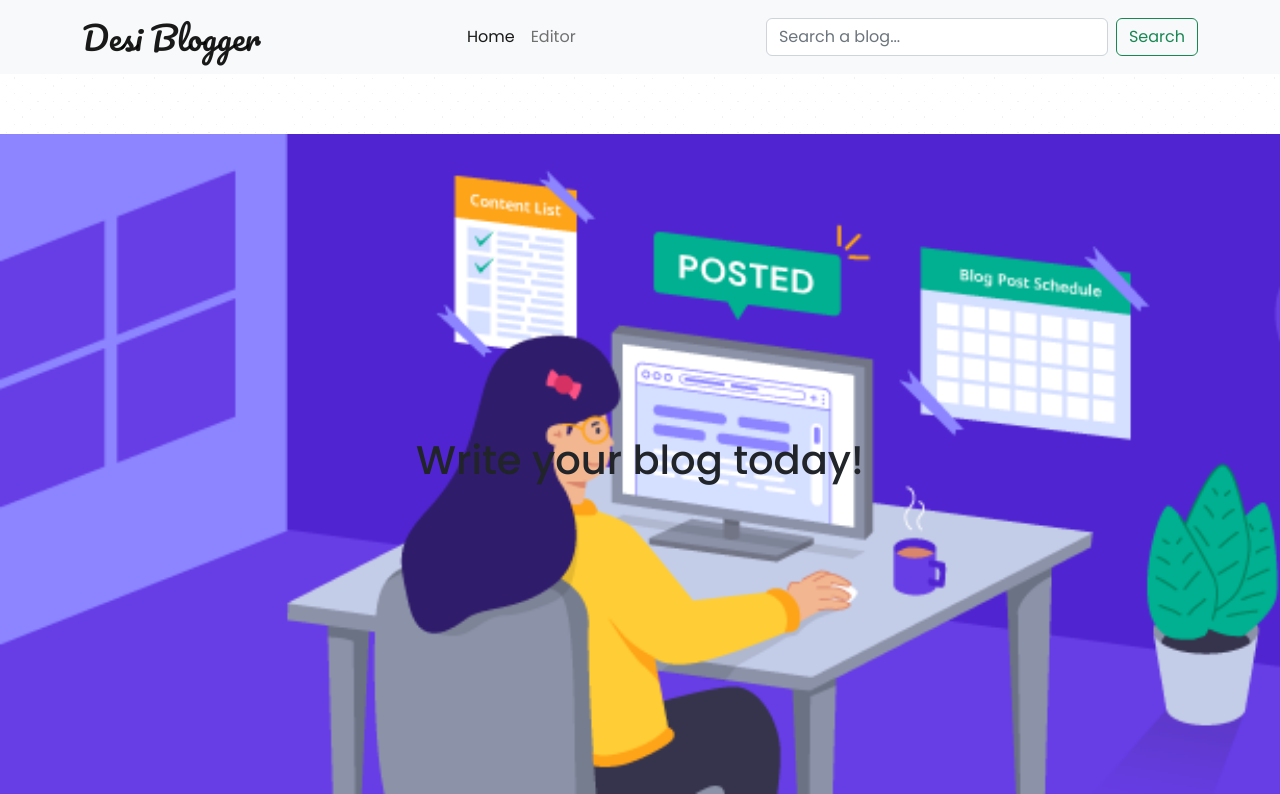
Repository: badhon252/Desi_Blogger
Page: public/home.html
An editor plug-in stored every save of this project. The page is shown before and after the next save, followed by the edit.
The browser window is 1280 px wide. The pictures show the whole page.

Above is the page before, as saved 2022-11-15 19:33:04.

### public/home.html
<!DOCTYPE html>
<html lang="en">

<head>
    <meta charset="UTF-8">
    <meta http-equiv="X-UA-Compatible" content="IE=edge">
    <meta name="viewport" content="width=device-width, initial-scale=1.0">

    <!-- favicon  -->
    <link rel="icon" sizes="180x180" href="./img/favicon_io/android-chrome-192x192.png">

    <!-- bs-5 link -->
    <link rel="stylesheet" href="https://cdn.jsdelivr.net/npm/bootstrap@5.2.2/dist/css/bootstrap.min.css">
    <!-- custom css  -->
    <link rel="stylesheet" href="css/home.css">
    <!-- fonts  -->
    <link rel="preconnect" href="https://fonts.googleapis.com">
    <link rel="preconnect" href="https://fonts.gstatic.com" crossorigin>
    <link href="https://fonts.googleapis.com/css2?family=Poppins:wght@400;500;600;700;800;900&display=swap"
        rel="stylesheet">
    <title>Desi-Blogger</title>
</head>

<body>
    <header id="header">
        <nav class="navbar navbar-expand-lg bg-light">
            <div class="container">
                <a class="navbar-brand" href="#">Desi Blogger</a>
                <button class="navbar-toggler" type="button" data-bs-toggle="collapse"
                    data-bs-target="#navbarSupportedContent" aria-controls="navbarSupportedContent"
                    aria-expanded="false" aria-label="Toggle navigation">
                    <span class="navbar-toggler-icon"></span>
                </button>
                <div class="collapse navbar-collapse" id="navbarSupportedContent">
                    <ul class="navbar-nav m-auto mb-2 mb-lg-0">
                        <li class="nav-item">
                            <a class="nav-link active" href="#">Home</a>
                        </li>
                        <li class="nav-item">
                            <a class="nav-link" href="#">Editor</a>
                        </li>

                    </ul>
                    <form class="d-flex" role="search">
                        <input class="form-control me-2" type="search" placeholder="Search a blog..."
                            aria-label="Search">
                        <button class="btn btn-outline-success" type="submit">Search</button>
                    </form>
                </div>
            </div>
        </nav>
        <section class="header-content">
            <h1>Write your blog today!</h1>
        </section>
    </header>

    <script src="https://cdn.jsdelivr.net/npm/bootstrap@5.2.2/dist/js/bootstrap.bundle.min.js"></script>
</body>

</html>

### public/css/home.css
@import url("https://fonts.googleapis.com/css2?family=Pacifico&display=swap");
* {
  margin: 0;
  padding: 0;
  box-sizing: border-box;
}

body {
  font-family: "Poppins", sans-serif;
  background-image: repeating-linear-gradient(
      45deg,
      rgb(255, 255, 255) 0px,
      rgb(255, 255, 255) 10px,
      transparent 10px,
      transparent 11px
    ),
    repeating-linear-gradient(
      135deg,
      rgb(255, 255, 255) 0px,
      rgb(255, 255, 255) 10px,
      transparent 10px,
      transparent 11px
    ),
    linear-gradient(90deg, rgba(213, 211, 217, 0.33), rgba(213, 211, 217, 0.33));
  position: relative;
}
::selection {
  background: #1b1b1b;
  color: #fff;
}

.navbar-brand {
  font-family: "Pacifico", cursive;
  font-size: 2rem;
}

.header-content {
  margin-top: 60px;
  width: 100%;
  height: calc(100vh - 60px);
  background-image: url(../img/how-to-start-a-blog.png);
  background-size: cover;
  display: flex;
  justify-content: center;
  align-items: center;
}

After the next save:
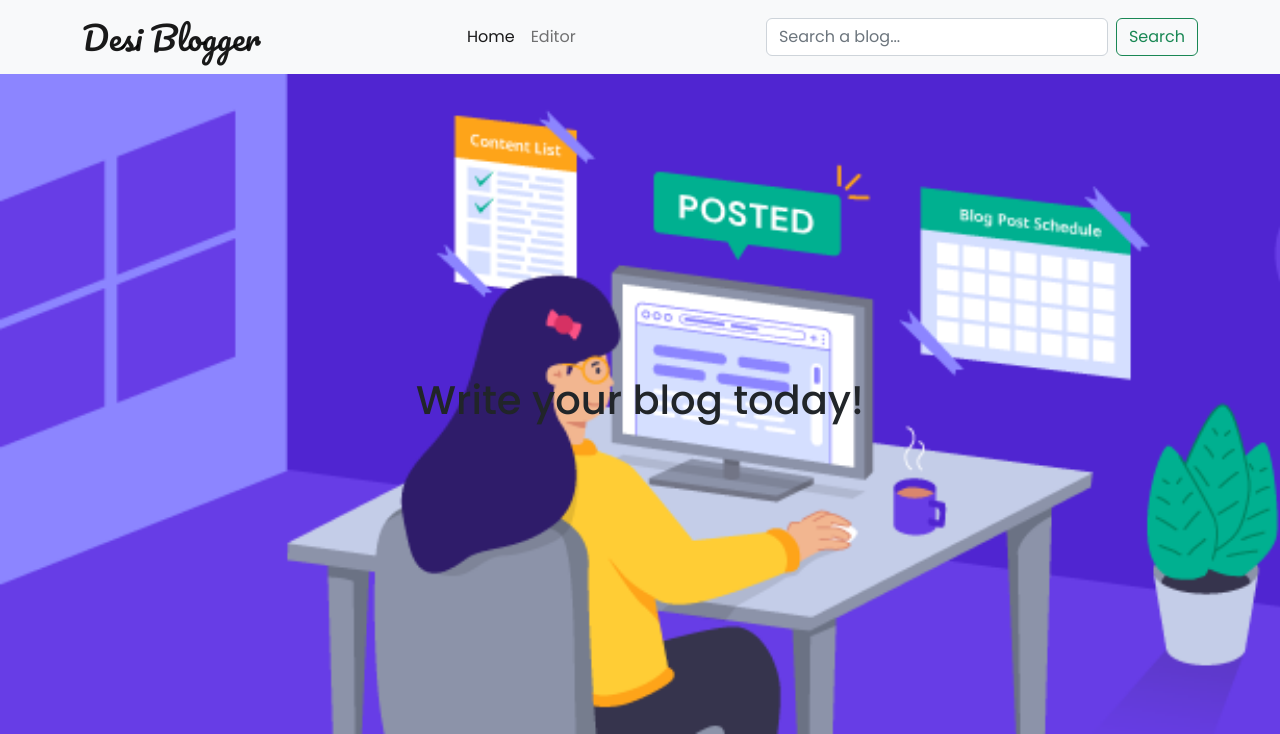
Saved 10 s later.
--- a/public/css/home.css
+++ b/public/css/home.css
@@ -35,7 +35,6 @@ body {
 }
 
 .header-content {
-  margin-top: 60px;
   width: 100%;
   height: calc(100vh - 60px);
   background-image: url(../img/how-to-start-a-blog.png);
